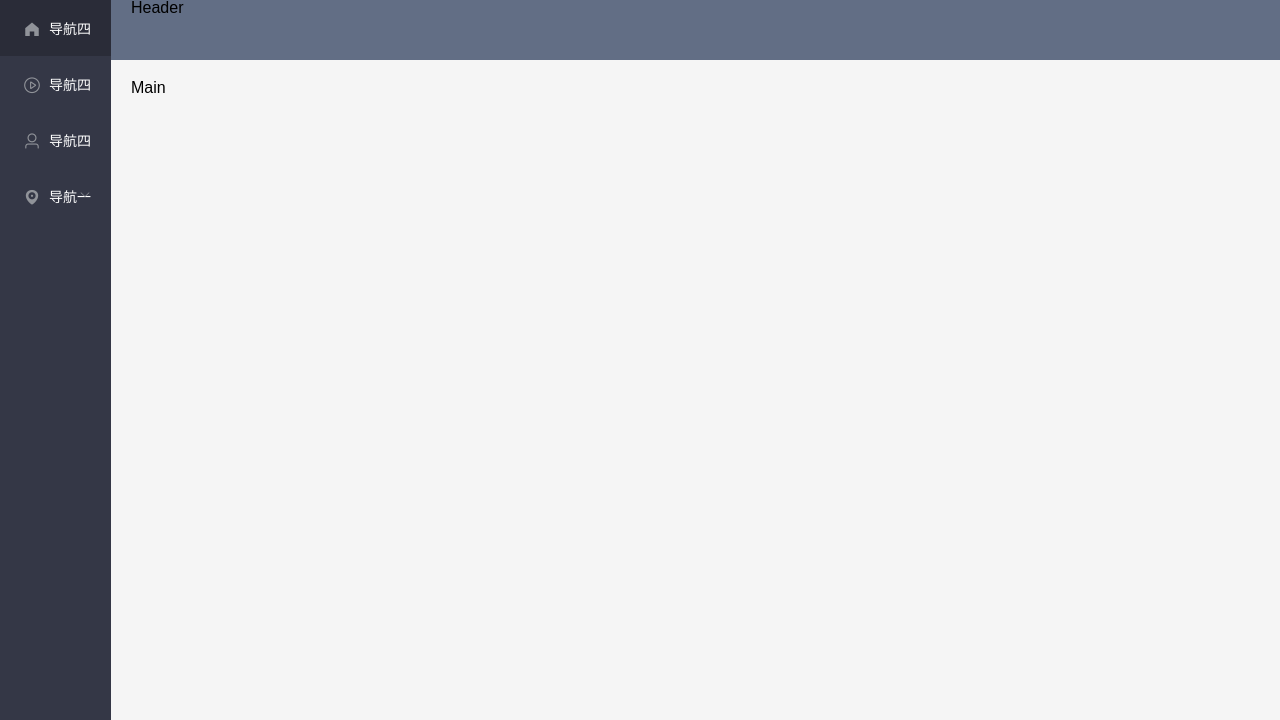
Repository: coWhy/vue-manage
Page: /
An editor plug-in stored every save of this project. The page is shown before and after the next save, followed by the edit.
The browser window is 1280 px wide. The pictures show the whole page.
The project was rebuilt for these pictures with package versions that can differ from the ones it lists, and the page was loaded fresh each time. Also part of the build but not shown: vue.config.js.

Above is the page before, as saved 2020-04-13 15:42:45.

After the next save:
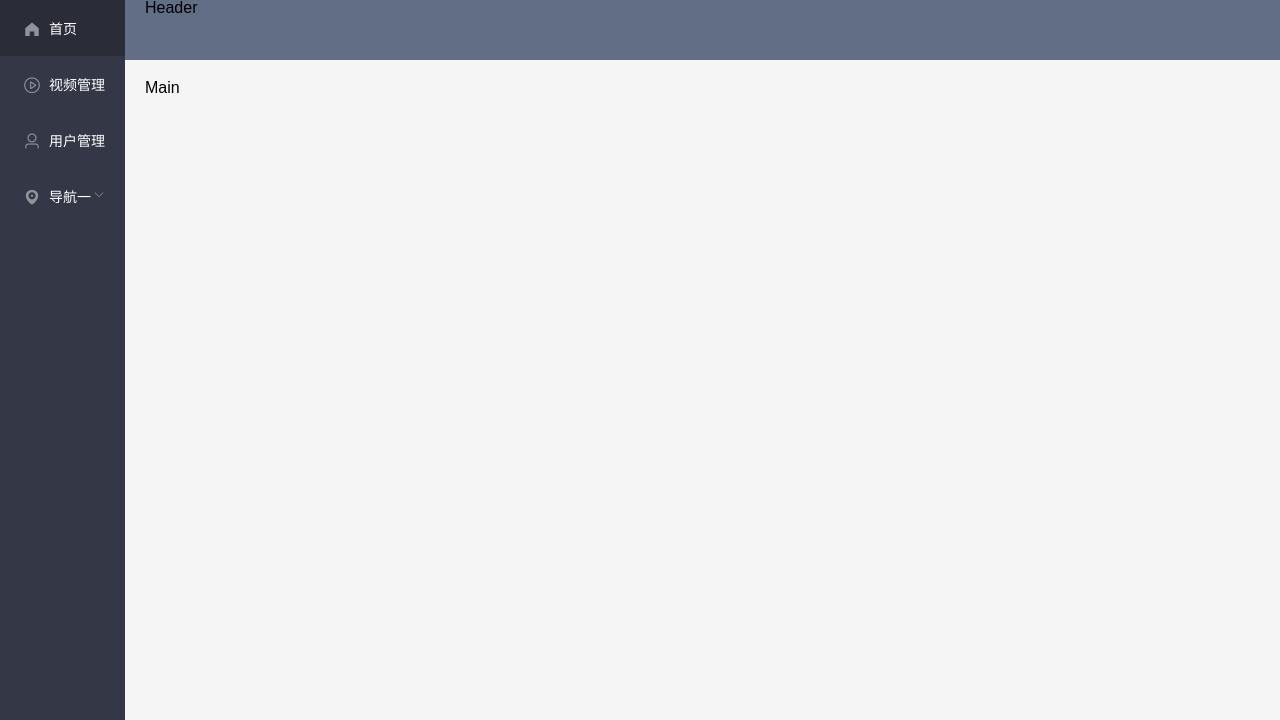
Saved 11 s later.
--- a/src/views/layout/components/aside/index.vue
+++ b/src/views/layout/components/aside/index.vue
@@ -16,7 +16,7 @@
       :key="item.path"
     >
       <i :class="item.icon"></i>
-      <span slot="title">导航四</span>
+      <span slot="title">{{ item.label }}</span>
     </el-menu-item>
     <el-submenu index="1">
       <template slot="title">
